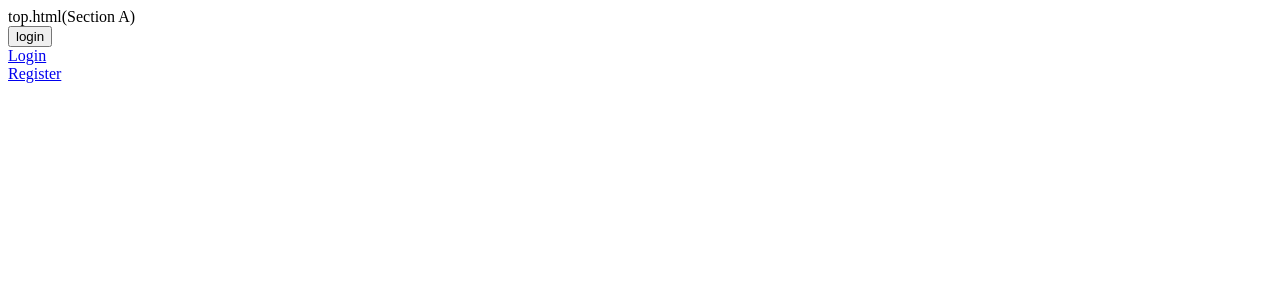
Repository: sheep9590/Test
Page: eclipse-workspace/Prj03/WebRoot/top.html
These files come from the project's save history. The page is drawn as it stood at one moment and after the next save; the edit follows.
The browser window is 1280 px wide. The pictures show the whole page.

Above is the page before, as saved 2021-09-09 11:40:19.

### eclipse-workspace/Prj03/WebRoot/top.html
<!DOCTYPE html>
<html>
<body>
<span >top.html</span>(Section A)<br>
  <script type="text/javascript">
   function locationTest(){
	   window.location.href="Login.html";
   }
   </script>
   <form >
   <input type="submit" onclick="locationTest()" value="login">
   </form>
<a href="Login.html" target="right">Login</a><br>
<a href="Register.html" target="right">Register</a>
</body>
</html>

After the next save:
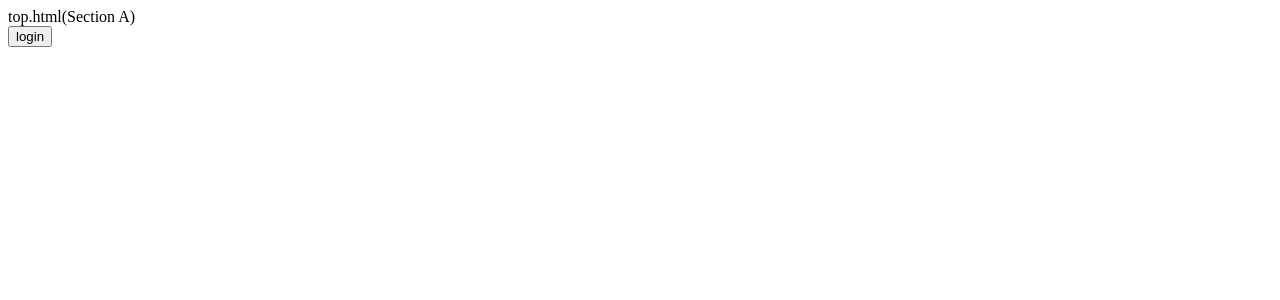
Saved 88 s later.
--- a/eclipse-workspace/Prj03/WebRoot/top.html
+++ b/eclipse-workspace/Prj03/WebRoot/top.html
@@ -10,7 +10,5 @@
    <form >
    <input type="submit" onclick="locationTest()" value="login">
    </form>
-<a href="Login.html" target="right">Login</a><br>
-<a href="Register.html" target="right">Register</a>
 </body>
 </html>

After the save that followed:
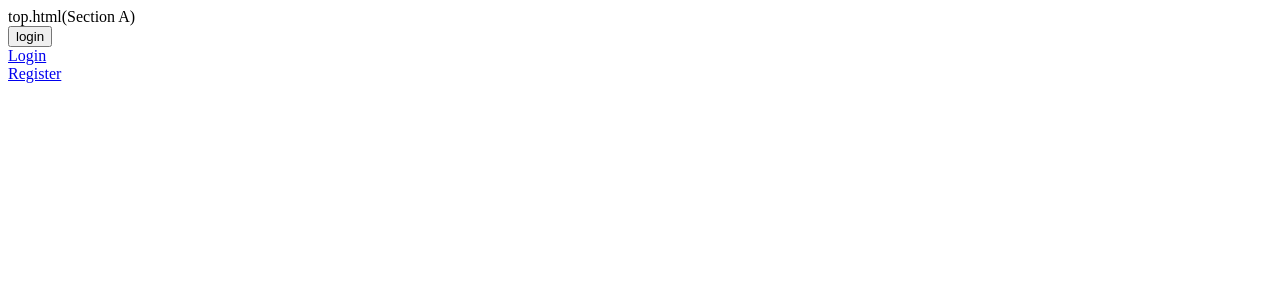
Saved 60 s later.
--- a/eclipse-workspace/Prj03/WebRoot/top.html
+++ b/eclipse-workspace/Prj03/WebRoot/top.html
@@ -10,5 +10,7 @@
    <form >
    <input type="submit" onclick="locationTest()" value="login">
    </form>
+   <a href="Login.html" target="right">Login</a><br>
+   <a href="Register.html" target="right">Register</a>
 </body>
 </html>
